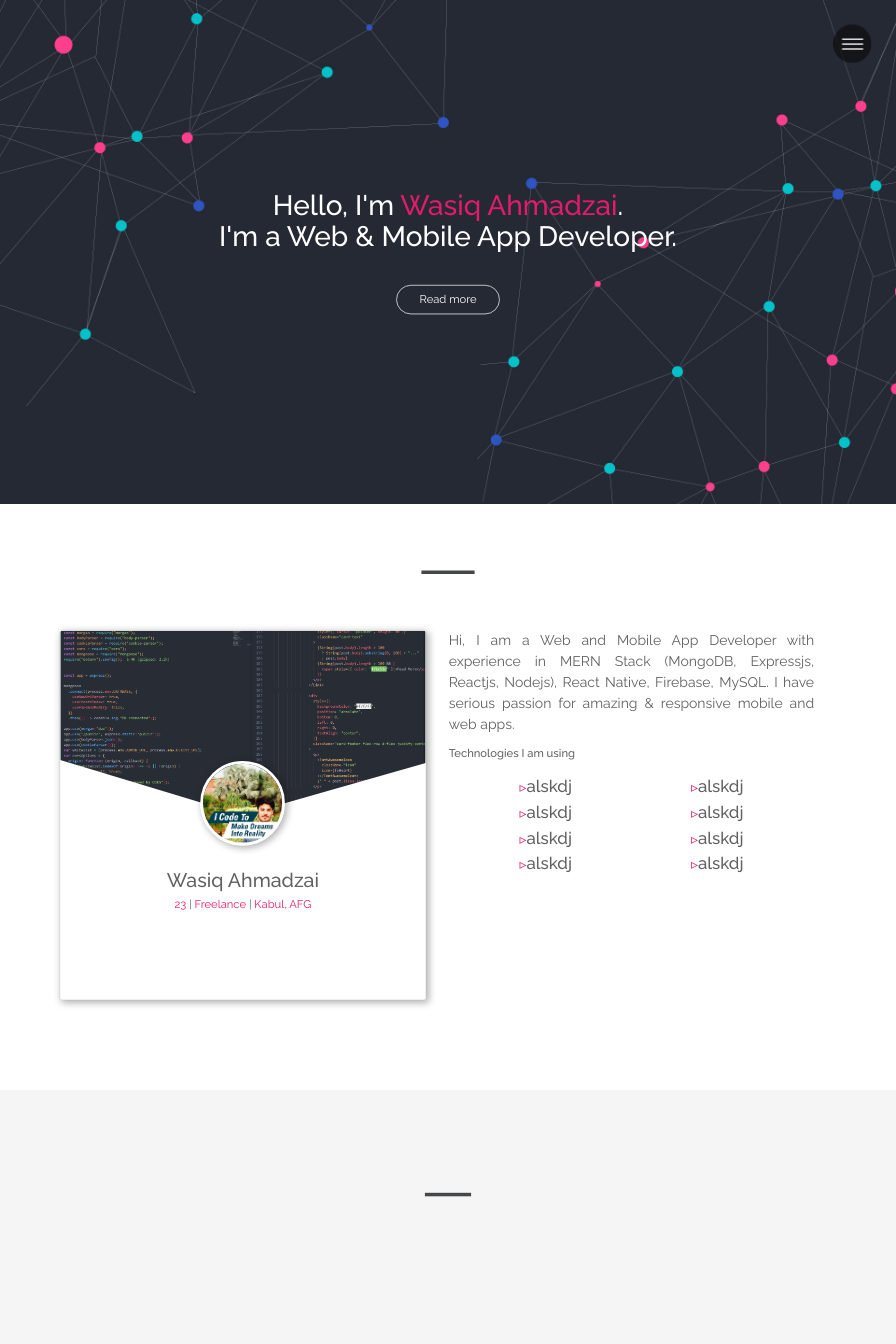
Repository: wasiqkhan/wasiqkhan.github.io
Page: index.html
These files come from the project's save history. The page is drawn as it stood at one moment and after the next save; the edit follows.
The browser window is 1280 px wide. The pictures show the part of the page from y = 0 to 1920 px (the page is 5002 px tall), at 70% of full size.
Some web fonts or font styles are not loaded; a fallback is used.

Above is the page before, as saved 2020-11-06 17:45:22.
Not found: js/all.js
Not found: js/app.js
Not found: js/particles.js

### index.html
<!DOCTYPE html>
<html lang="en">
  <!-- Start of Async Drift Code -->
<script>
  "use strict";!function(){var r=window.driftt=window.drift=window.driftt||[];if(!r.init){if(r.invoked)return window.console&&console.error&&console.error("Drift snippet included twice.");r.invoked=!0,r.methods=["identify","config","track","reset","debug","show","ping","page","hide","off","on"],r.factory=function(e){return function(){var t=Array.prototype.slice.call(arguments);return t.unshift(e),r.push(t),r}},r.methods.forEach(function(t){r[t]=r.factory(t)}),r.load=function(t){var e=3e5*Math.ceil(new Date/3e5),r=document.createElement("script");r.type="text/javascript",r.async=!0,r.crossorigin="anonymous",r.src="https://js.driftt.com/include/"+e+"/"+t+".js";var n=document.getElementsByTagName("script")[0];n.parentNode.insertBefore(r,n)}}}(),drift.SNIPPET_VERSION="0.3.1",drift.load("8faar6gaz2cs");
  </script>
  <!-- End of Async Drift Code -->
  <head>

    <meta charset="UTF-8" />
    <meta name="viewport" content="width=device-width, initial-scale=1.0" />
    <meta http-equiv="X-UA-Compatible" content="ie=edge" />
    <!-- <link href="https://fonts.googleapis.com/css?family=Raleway&display=swap" rel="stylesheet"> -->
    <link href="https://fonts.googleapis.com/css?family=Raleway:400,500,600,700,800&display=swap" rel="stylesheet">
    <link href="https://fonts.googleapis.com/icon?family=Material+Icons" rel="stylesheet">
    <link
    href="./css/materialdesignicons.min.css"
    media="all"
    rel="stylesheet"
  />
    <link type="text/css" rel="stylesheet" href="./css/style.css" />
    <link type="text/css" rel="stylesheet" href="./css/bootstrap.min.css" />
    <!-- <link type="text/css" rel="stylesheet" href="./css/all.css" /> -->
    <link type="text/css" rel="stylesheet" href="./css/lightbox.css" />
    <link rel="stylesheet" href="./css/line-awesome.css">
    <!-- <link rel="stylesheet" href="https://maxst.icons8.com/vue-static/landings/line-awesome/font-awesome-line-awesome/css/all.min.css"> -->

    <link rel="shortcut icon" href="./icon.png">

    <link
      type="text/css"
      rel="stylesheet"
      media="screen and (max-width:768px)"
      href="./css/mobile.css"
    />
    <link
      type="text/css"
      rel="stylesheet"
      media="screen and (min-width:769px) and (max-width:992px)"
      href="./css/widescreen.css"
    />
    <link
      type="text/css"
      rel="stylesheet"
      media="screen and (min-width:993px) and (max-width:1199px)"
      href="./css/ipadpro.css"
    />

    <title>Mohammad Wasiq | Full Stack Web & Mobile Developler</title>
  </head>

  <body id="home" >
      <!-- <div id="particles-js">

      </div> -->
    <!-- Navbar -->
    <nav class="navigation">
      <button
        type="button"
        data-toggle="collapse"
        data-target="#myNav"
        class="navbar-toggler hamburger-menu"
      >
        <div class="line1"></div>
        <div class="line2"></div>
        <div class="line3"></div>
      </button>
      <div class="bg-cover"></div>
      <div class="collapse nav-content" id="myNav">
        <div class="container-fluid">
          <div class="row">
            <div class="col-10 max-auto">
              <ul class="navbar-nav flex-lg-row flex-column nav-justified">
                <li class="nav-item">
                  <a class="nav-link m-3 link-item" href="#home">Home</a>
                </li>
                <li class="nav-item">
                  <a class="nav-link m-3 link-item" href="#about">About</a>
                </li>
                <li class="nav-item">
                  <a class="nav-link m-3 link-item" href="#service">Services</a>

                </li>
                <li class="nav-item">
                    <a class="nav-link m-3 link-item" href="#portfolio">Portfolio</a>
                  </li>
                <li class="nav-item">
                  <a class="nav-link m-3 link-item" href="#skills">Skills</a>
                </li>
                <li class="nav-item">
                  <a class="nav-link m-3 link-item" href="#contact">Contact</a>
                </li>
              </ul>
            </div>
          </div>
        </div>
      </div>
    </nav>

    <header id="showcase">



      <div class="showcase-content">
          <h1 class="heading">Hello, I'm <span style="color: #E31B6D">Wasiq Ahmadzai</span>.<br>I'm a Web & Mobile App Developer.</h1>
<!--
          <div class="links">
            <a href="http://www.facebook.com" target="_blank"><i class="fab fa-facebook fa-2x"></i></a>
            <a href="http://www.twitter.com" target="_blank"><i class="fab fa-twitter fa-2x"></i></a>
            <a href="http://www.instagram.com" target="_blank"><i class="fab fa-instagram fa-2x"></i></a>
            <a href="http://www.googleplus.com" target="_blank"><i class="fab fa-google-plus fa-2x"></i></a>
          </div> -->
          <a href="#about" class="btnn">Read more</a>
        </div>
    </header>

    <section id="about" class="primary about">
        <h2 class="text-center m-heading">About Me</h2>
        <div class="line"></div>
      <div class="container new">
        <div class="card cardnew">

          <img src="./img/dev.PNG" class="card-img-top cut" style="margin: auto">
          <div class="card-body">
              <img src="./img/5a159554b6a61a2ba5ccdb57.PNG" class="my-img" />
              <div class="card-title">
                <h3 class="text-center">Wasiq Ahmadzai</h3>
              </div>
              <div class="card-subtitle text-center">
                <p style="color:#E31B6D">23 <span style="color: #616161">|</span> Freelance <span style="color: #616161">|</span> Kabul, AFG</p>
              </div>
              <div class="links">
                  <a href="http://www.facebook.com/ahmadzai.khan.54" target="_blank"><i class="fab fa-facebook fa-2x"></i></a>
                  <a href="https://github.com/wasiqkhan" target="_blank"><i class="fab fa-github fa-2x"></i></a>

                  <a href="https://www.linkedin.com/in/mohammad-wasiq-ahmadzai-5439371b0/" target="_blank"><i class="fab fa-linkedin fa-2x"></i></a>
                </div>
          </div>
        </div>
        <div class="items">



          <div>

          <p class="info-p lead">Hi, I am a Web and Mobile App Developer with experience in MERN Stack (MongoDB, Expressjs, Reactjs, Nodejs), React Native, Firebase, MySQL. I have serious passion for amazing & responsive mobile and web apps.</p>

        </div>
        <h6 style="text-align:left">Technologies I am using</h6>
        <!-- <div class="service-items" style="padding: 0 0">
        <ul class="skill-set">
          <li>Javascript</li>
          <li>Reactjs</li>
          <li>Nodejs</li>
          <li>React Native</li>
          <li>MongoDB</li>
          <li>MySQL</li>
        </ul>
      </div> -->
      <div class="skill-items">
      <div class="skill-group">
        <h4>alskdj</h4>
        <h4>alskdj</h4>
        <h4>alskdj</h4>
        <h4>alskdj</h4>
      </div>
      <div class="skill-group">
        <h4>alskdj</h4>
        <h4>alskdj</h4>
        <h4>alskdj</h4>
        <h4>alskdj</h4>
      </div>
    </div>
        <!-- <div class="service-items flex-wrap" style="padding: 0 0">
            <div class="item fun-facts" style="margin-right: 10px ;background: #252934">
              <div>
                <i class="fas fa-coffee fa-2x mb-3" style="color:#E31B6D"></i>
                <h6 class="text-center" style="color: white">100+ Cups of Coffee</h6>

              </div>
            </div>

            <div class="item fun-facts" style="margin-right: 10px ;background: #252934">
              <div>
                  <i class="fas fa-book fa-2x mb-3" style="color:#E31B6D"></i>
                <h6 class="text-center" style="color: white">10+ Books</h6>

              </div>

            </div>

            <div class="item fun-facts" style="margin-right: 10px ;background: #252934">
              <div>
                  <i class="fas fa-bicycle fa-2x mb-3" style="color:#E31B6D"></i>
                <h6 class="text-center" style="color: white">1200km Cycled</h6>

              </div>

            </div>
            <div class="item fun-facts" style="margin-right: 10px;background: #252934">
                <div>
                    <i class="fas fa-award fa-2x mb-3" style="color:#E31B6D"></i>
                  <h6 class="text-center" style="color: white">10 Awards Won</h6>

                </div>

              </div>
          </div> -->



<div>
          <a href="#contact" class="hire-me">Hire Me</a>
        </div>

      </div>


          </div>

    </section>
    <section id="service" class="primary service">
      <div class="container">
        <h2 class="text-center m-heading">Services</h2>
        <div class="line"></div>

        <div class="service-items rotate fun-facts">
          <div class="item">
            <div>
              <i class="fas fa-desktop fa-6x textt mb-3"></i>
              <h3 class="text-center">Web Development</h3>
              <p class="text-center">
                Fully responsive full stack website development
              </p>
            </div>
          </div>

          <div class="item">
            <div>
                <i class="fas fa-mobile-alt fa-6x textt textt2 mb-3"></i>
              <h3 class="text-center">Mobile Apps</h3>
              <p class="text-center">
                Fast and Professional app development using latest technologies
              </p>
            </div>

          </div>

          <div class="item">
            <div>
                <i class="fas fa-rocket fa-6x  textt mb-3"></i>
              <h3 class="text-center">Launch</h3>
              <p class="text-center">
                Deployment and Maintainance

              </p>
            </div>

          </div>
        </div>
      </div>
    </section>
    <section id="portfolio" class="portfolio">
      <div class="container">
        <h2 class="text-center m-heading">Portfolio</h2>
        <div class="line"></div>

        <div class="portfolio-items row align-items-center h-100 text-center text-lg-left" style="margin-top: 120px;">
          <div class="col-lg-6 p-lg-0">
            <img src="./img/walletapp.png" height="350" >

          </div>
          <div class="col-lg-5 mx-auto py-3">
            <h3 class="h3">My Wallet
              <span class="badge badge-sm">2017</span>
            </h3>
            <p class="mb-3" style="color: #616161;">An android app that keeps track of your money, daily transactions, and expenses
            </p>
            <a href="https://bit.ly/3iEEP3P" class="visit" target="_blank">Visit</a>

          </div>

        </div>

        <div class="portfolio-items row align-items-center h-100 text-center text-lg-left " style="margin-top: 220px;">
          <div class="col-lg-6 p-lg-0">
            <img src="./img/lineageweb.png" height="300"  >

          </div>
          <div class="col-lg-5 mx-auto py-3">
            <h3 class="h3 bold">Lineage Logistics
              <span class="badge badge-sm">2020</span>
            </h3>
            <p class="mb-3" style="color: #616161;">
              Lineage Logistics Afghanistan
            </p>
            <a href="https://lineage.com.af/" class="visit" target="_blank">Visit</a>

          </div>

        </div>

        <div class="portfolio-items row align-items-center h-100 text-center text-lg-left" style="margin-top: 220px;">
          <div class="col-lg-6 p-lg-0">
            <img src="./img/hosteldes.png" height="300"  >

          </div>
          <div class="col-lg-5 mx-auto py-3">
            <h3 class="h3">Hostel Managment System
              <span class="badge badge-sm">2018</span>
            </h3>
            <p class="mb-3" style="color: #616161;">Hostel Management System is a JavaFX and SQL Server desktop application. This application allows you to store and manage Hostel data and students records.
            </p>
            <a href="https://github.com/wasiqkhan/Hostel-Management-System" class="visit" target="_blank">Visit</a>

          </div>

        </div>
      </div>
    </section>


    <section id="contact" class="contact">
      <svg preserveAspectRatio="none" viewBox="0 0 100 102" height="90" width="100%" version="1.1"
      xmlns="http://www.w3.org/2000/svg" class="svgcolor-light">

     <path d="M0 0 L50 100 L100 0 Z" fill="white" stroke="white"/>

    </svg>
      <div class="container-fluid">
        <h2 class="text-center m-heading" style="color: #fff">Contact</h2>
        <div class="line"></div>
        <div class="container">
          <h6 class="text-center py-5" style="color: #E31B6D">Have a question or want to make something special?</h6>


                <form
                class="waypoint"
                data-animation="pop-in"
                data-delay=".5s"
                id="contact-form"
              >
                <input placeholder="Name" type="text" name="name" required />
                <input
                  placeholder="Enter email"
                  type="email"
                  name="email"
                  required
                />
                <textarea
                  placeholder="Your Message"
                  type="text"
                  name="message"
                  required
                ></textarea>
                <div id="success">
                  <div>
                    Your message was sent successfully. Thanks!<span
                      id="close"
                      class="mdi mdi-close"
                    ></span>
                  </div>
                </div>
                <input class="button" type="submit" id="submit" value="SUBMIT" />
              </form>



        </div>
    </section>
    <footer id="footer">
      <div class="container">
        <div class="row">
          <div class="col text-center">
            <div class="mb-2">
              <a href="http://www.facebook.com/ahmadzai.khan.54" target="_blank" class="mx-sm-4 mx-2 social"
                ><i class="fab fa-facebook fa-2x"></i
              ></a>
              <a href="https://github.com/wasiqkhan" target="_blank" class="mx-sm-4 mx-2 social"
                ><i class="fab fa-github fa-2x"></i
              ></a>
              <a href="https://www.linkedin.com/in/mohammad-wasiq-ahmadzai-5439371b0/" target="_blank" class="mx-sm-4 mx-2 social"
                ><i class="fab fa-linkedin fa-2x"></i
              ></a>
             -->
            </div>

          </div>
        </div>
        <div class="container-fluid p-3">
            <div class="row">
              <div class="col mb-4">
                <ul class="nav justify-content-center footer-items">
                  <li class="nav-item">
                    <a href="#home" class="nav-link">Home</a>
                  </li>
                  <li class="nav-item">
                    <a href="#about" class="nav-link">About</a>
                  </li>
                  <li class="nav-item">
                    <a href="#service" class="nav-link">Services</a>
                  </li>
                  <li class="nav-item">
                      <a href="#portfolio" class="nav-link">Portfolio</a>
                    </li>
                  <li class="nav-item">
                    <a href="#skills" class="nav-link">Skills</a>
                  </li>
                  <li class="nav-item">
                    <a href="#contact" class="nav-link">Contact</a>
                  </li>

                </ul>
              </div>
            </div>
            <div class="row">
              <div class="col text-light text-center">
                <p>Wasiq Ahmadzai <span style="color: #E31B6D">&copy;2019</span></p>
              </div>
            </div>

      </div>
    </footer>
    <script src="./js/particles.js"></script>
    <script src="./js/app.js"></script>
    <script src="./js/jquery-3.4.1.min.js"></script>
    <script src="./js/popper.js"></script>
    <script src="./js/bootstrap.min.js"></script>
    <script src="./js/script.js"></script>
    <script src="./js/lightbox.js"></script>
    <script src="./js/all.js"></script>
  </body>
</html>

### css/mobile.css
@media (max-width: 500px) {
  #navbar {
    flex-direction: column;
    align-items: center;
  }
  .my-img {
    width: 40%;
    margin-left: 90px;
    margin-top: -100px;
  }
  .showcase-content h1 {
    font-size: 15pt;
  }
  #contact h6 {
    font-size: 9pt;
  }

  .info-p {
    margin-top: -150px;
  }

  .hire-me {
    margin-top: 40px;
  }
  .textt {
    margin-left: 70px;
  }
  .textt2 {
    margin-left: 95px;
  }
  .name {
    text-align: left;
    margin-top: 15px;
    margin-left: -30px;
  }
}

@media (min-width: 501px) and (max-width: 768px) {
  .my-img {
    margin-left: 240px;
  }
}

.info-p {
  margin-top: -100px;
}
.hire-me {
  margin-top: 30px;
}
.items {
  margin: 5rem 2rem;
  display: flex;
  flex-direction: column;
  align-items: center;
  justify-content: center;

  text-align: center;
  /* position: relative; */
  flex-wrap: wrap;
}

.items div {
  flex: 1;
}
.portfolio-items h3 {
  margin-top: 50px;
}

.portfolio-items img {
  width: 100%;
  height: auto;
  text-align: center;
  margin: auto;
}
#portfolio .portfolio-items .item {
  display: flex;
  text-align: left;
}
.service-items {
  display: block;
  padding: 1rem;
}
#service .service-items .item {
  display: flex;
  text-align: left;
}
.new {
  display: flex;
  flex-direction: column;
}

#navbar .l-heading {
  margin-bottom: 0.5rem;
  text-align: center;
}

#about .line,
#service .line,
#skills .line,
#contact .line {
  width: 20%;
  background: #444649;
  height: 5px;
  margin: auto;
}
#skills .line,
#contact .line {
  background: #fff;
}
#projects .line {
  width: 20%;
  background: #444649;
  height: 5px;
  margin-bottom: 50px;
  margin-top: -35px;
}
.contact-content {
  display: flex;
  flex-direction: column;
  justify-content: center;
  align-items: center;
  text-align: center;
  padding: 1rem;
}
.skill-items {
  display: flex;
  flex-direction: column;
  padding: 1rem;
  margin-top: 40px;
}
.skill-group {
  margin: 0;
}
.skill-item h6 {
  margin-left: 5px;

  /* color: #fff; */
}

.progress {
  width: 100%;
}
.items p {
  text-align: justify;
}
section:nth-of-type(4) input[type="text"],
section:nth-of-type(4) input[type="email"],
section:nth-of-type(4) textarea {
  width: 100%;
}
section:nth-of-type(4) #success {
  width: 100%;
  margin: auto;
}

### css/widescreen.css
/* @media (min-width: 769px) and (max-width: 991px) { */
.new {
  display: flex;
  flex-direction: column;
}

.info-p {
  margin-top: -100px;
}
.hire-me {
  margin-top: 30px;
}
.items {
  margin: 5rem 2rem;
  display: flex;
  flex-direction: column;
  align-items: center;
  justify-content: center;

  text-align: center;
  /* position: relative; */
  flex-wrap: wrap;
}

.items div {
  flex: 1;
}
.my-img {
  margin-left: 240px;
}
/* } */

### css/ipadpro.css
.my-img {
  margin-left: 130px;
}

Loaded but not shown: css/materialdesignicons.min.css (library); css/bootstrap.min.css (library); css/lightbox.css (library); js/jquery-3.4.1.min.js (library); js/popper.js (library); js/bootstrap.min.js (library); js/lightbox.js (library); js/script.js (138 lines, source omitted); css/line-awesome.css (6582 lines, source omitted); css/style.css (600 lines, source omitted)

After the next save:
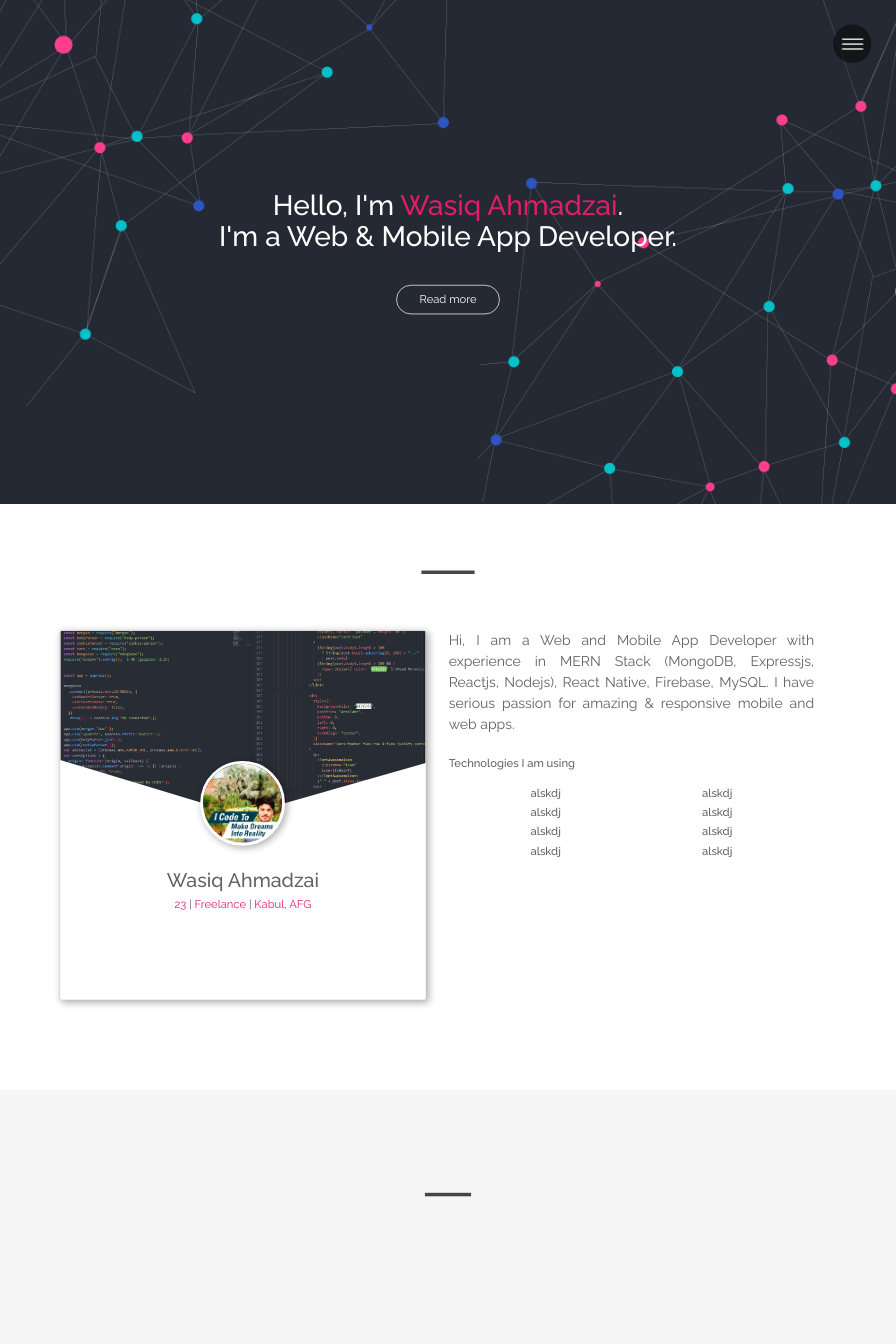
Saved 31 s later.
--- a/index.html
+++ b/index.html
@@ -159,16 +159,16 @@
       </div> -->
       <div class="skill-items">
       <div class="skill-group">
-        <h4>alskdj</h4>
-        <h4>alskdj</h4>
-        <h4>alskdj</h4>
-        <h4>alskdj</h4>
+        <h6>alskdj</h6>
+        <h6>alskdj</h6>
+        <h6>alskdj</h6>
+        <h6>alskdj</h6>
       </div>
       <div class="skill-group">
-        <h4>alskdj</h4>
-        <h4>alskdj</h4>
-        <h4>alskdj</h4>
-        <h4>alskdj</h4>
+        <h6>alskdj</h6>
+        <h6>alskdj</h6>
+        <h6>alskdj</h6>
+        <h6>alskdj</h6>
       </div>
     </div>
         <!-- <div class="service-items flex-wrap" style="padding: 0 0">
